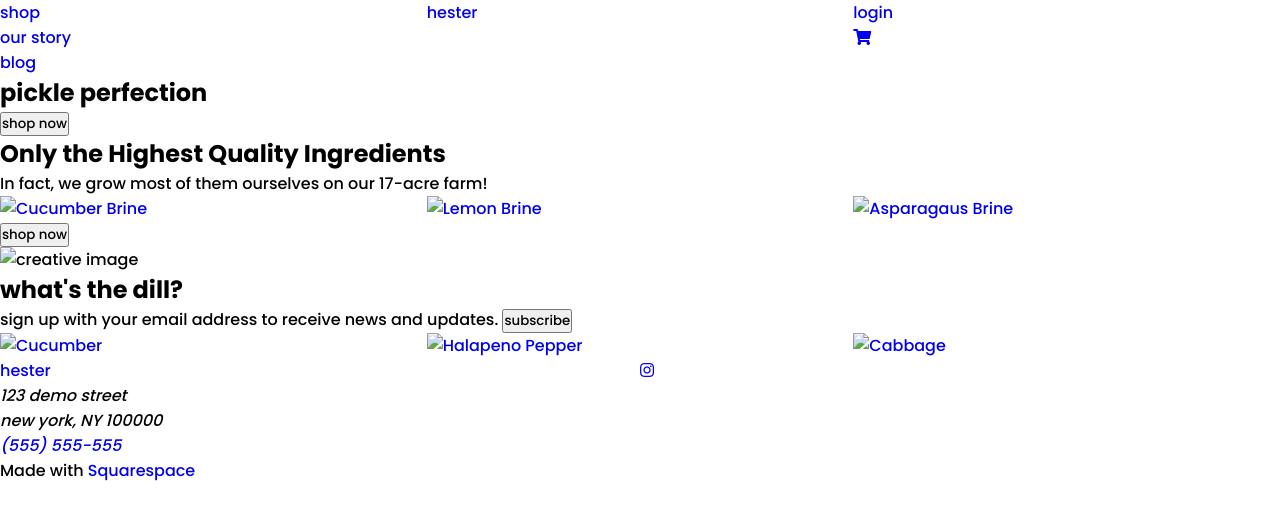
Repository: latenightsnacc/HTML-LESSONS
Page: WEB-DESIGN-2/PROJECTS/hester-p4/index.html
These files come from the project's save history. The page is drawn as it stood at one moment and after the next save; the edit follows.
The browser window is 1280 px wide. The pictures show the whole page.
Some web libraries are served in a nearby version.

Above is the page before, as saved 2021-07-19 11:55:02.

After the next save:
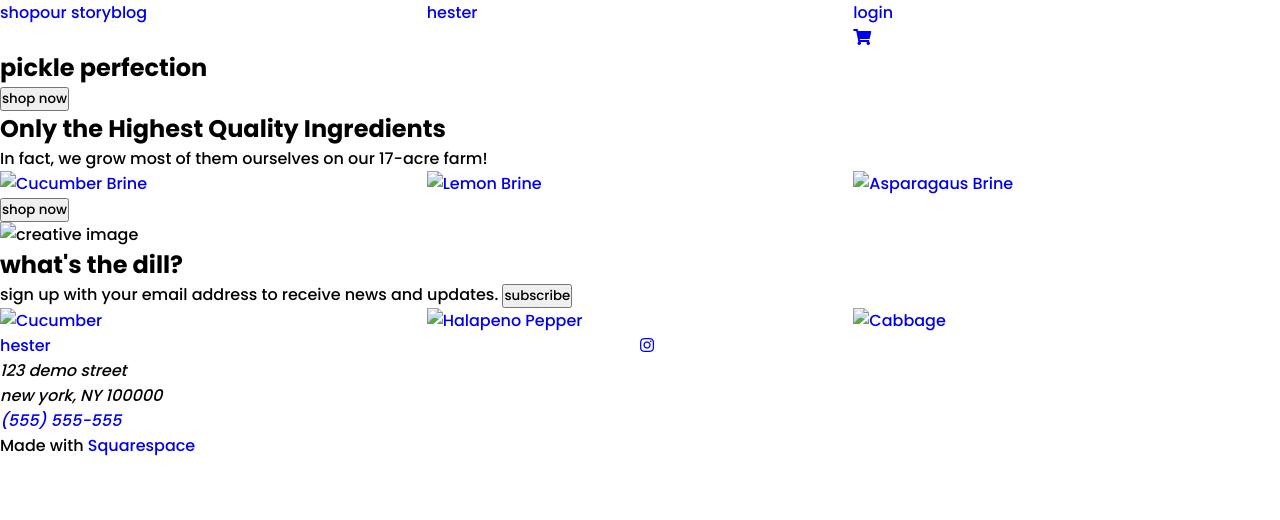
Saved 37 s later.
--- a/WEB-DESIGN-2/PROJECTS/hester-p4/stylesheets/stylesheet.css
+++ b/WEB-DESIGN-2/PROJECTS/hester-p4/stylesheets/stylesheet.css
@@ -13,7 +13,7 @@
     background-color: #ffffff;
 }
 
-.nav, .row {
+.nav, .row, .nav-menu {
     display: flex;
     width: 100%;
 }
